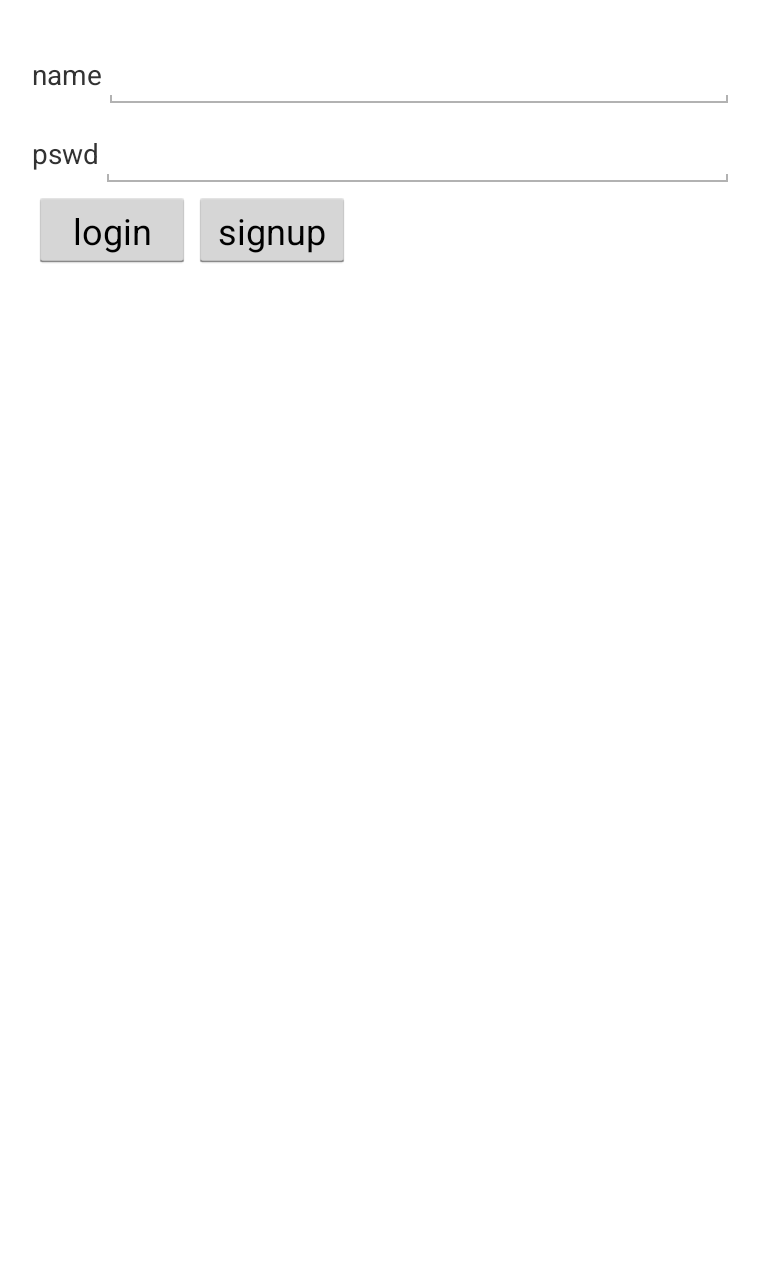
Repository: KnightFreedom/cookcook
Layout: client/CookCook/res/layout/activity_main.xml
The author's editor kept a copy of each file at every save. The layout is drawn from the files as they stood at one save, then again after the next save.
It is drawn on a 768 x 1280 px phone screen (xhdpi) without system bars, with theme AppTheme; the app's code is not run.

Above is the layout before, as saved 2017-05-09 11:41:40.

### client/CookCook/res/layout/activity_main.xml
<RelativeLayout xmlns:android="http://schemas.android.com/apk/res/android"
    xmlns:tools="http://schemas.android.com/tools"
    android:layout_width="match_parent"
    android:layout_height="match_parent"
    android:paddingBottom="@dimen/activity_vertical_margin"
    android:paddingLeft="@dimen/activity_horizontal_margin"
    android:paddingRight="@dimen/activity_horizontal_margin"
    android:paddingTop="@dimen/activity_vertical_margin"
    tools:context=".MainActivity" >


    <LinearLayout
        android:layout_width="match_parent"
        android:layout_height="wrap_content"
        android:orientation = "vertical">

	    <LinearLayout android:layout_width = "match_parent"
	        android:layout_height = "match_parent"
	        android:orientation = "horizontal">

	    <TextView
	        android:layout_width="wrap_content"
	        android:layout_height="wrap_content"
	        android:text="@string/usrName" />

	    <EditText
	        android:layout_width= "match_parent"
	        android:layout_height = "wrap_content"
	        android:maxLength="10"
	        />

	    </LinearLayout>

	    <!-- comment -->
	    <LinearLayout
	        android:layout_width = "match_parent"
	        android:layout_height = "match_parent"
	        android:orientation = "horizontal">

	    <TextView
	        android:layout_width="wrap_content"
	        android:layout_height="wrap_content"
	        android:text="@string/pswd" />

	    <EditText
	        android:layout_width= "match_parent"
	        android:layout_height = "wrap_content"
	        android:maxWidth = "60dp"
	        />

	    </LinearLayout>

	    <LinearLayout
	        android:layout_width = "match_parent"
	        android:layout_height = "match_parent"
	        android:orientation = "horizontal"
	        >
	    <Button
	        android:layout_width = "80dp"
	        android:layout_height = "40dp"
	        android:text="@string/login"
	        />

	    <Button
	        android:layout_width = "80dp"
	        android:layout_height = "40dp"
	        android:text="@string/signup"
	        />

	    </LinearLayout>

    </LinearLayout>


</RelativeLayout>

### client/CookCook/res/values/strings.xml
<?xml version="1.0" encoding="utf-8"?>
<resources>

    <string name="app_name">CookCook</string>
    <string name="action_settings">Settings</string>
    <string name="hello_world">Hello world!</string>
    <string name="usrName">name</string>
    <string name="pswd">pswd</string>
    <string name="login">login</string>
    <string name="signup">signup</string>

</resources>

Loaded but not shown: client/CookCook/res/values/styles.xml (common file); client/CookCook/res/values-v11/styles.xml (common file); client/CookCook/res/values-v14/styles.xml (common file); client/CookCook/res/values/dimens.xml (common file)

After the next save:
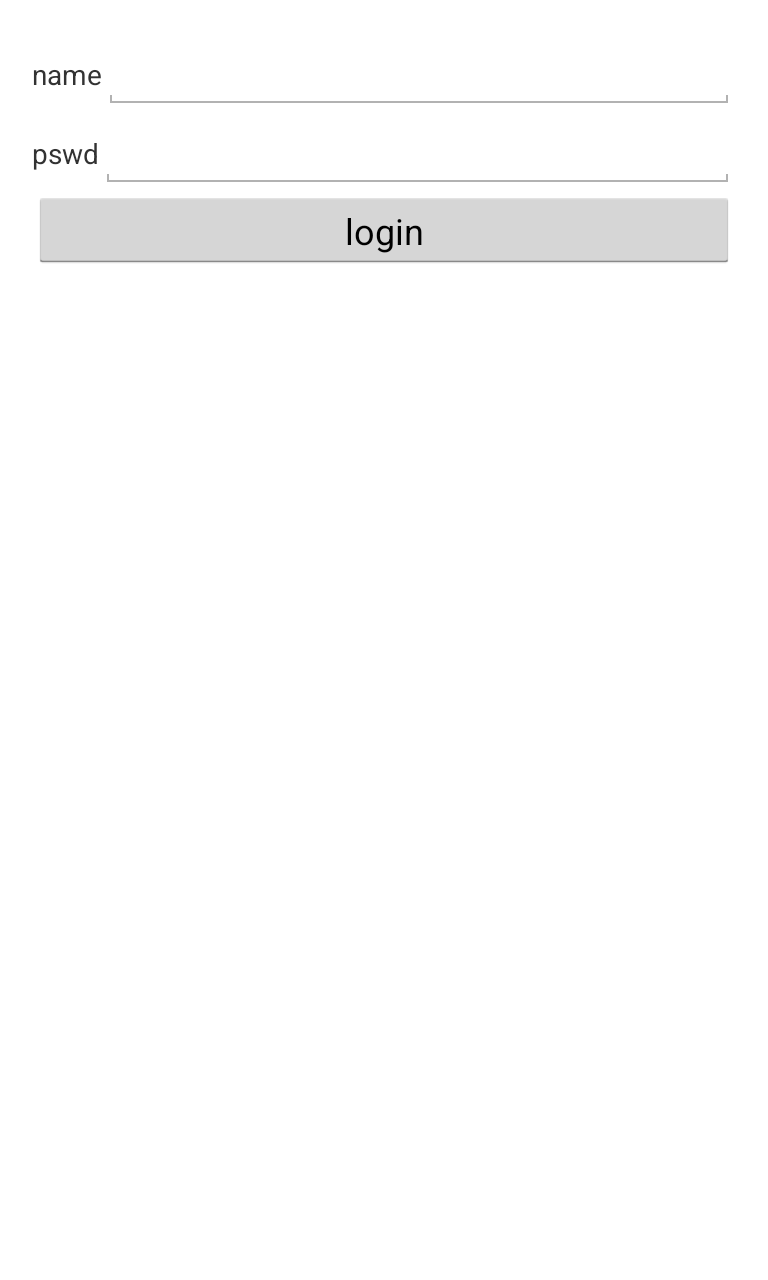
Saved 59 s later.
--- a/client/CookCook/res/layout/activity_main.xml
+++ b/client/CookCook/res/layout/activity_main.xml
@@ -56,7 +56,7 @@
 	        android:orientation = "horizontal"
 	        >
 	    <Button
-	        android:layout_width = "80dp"
+	        android:layout_width = "match_parent"
 	        android:layout_height = "40dp"
 	        android:text="@string/login"
 	        />
